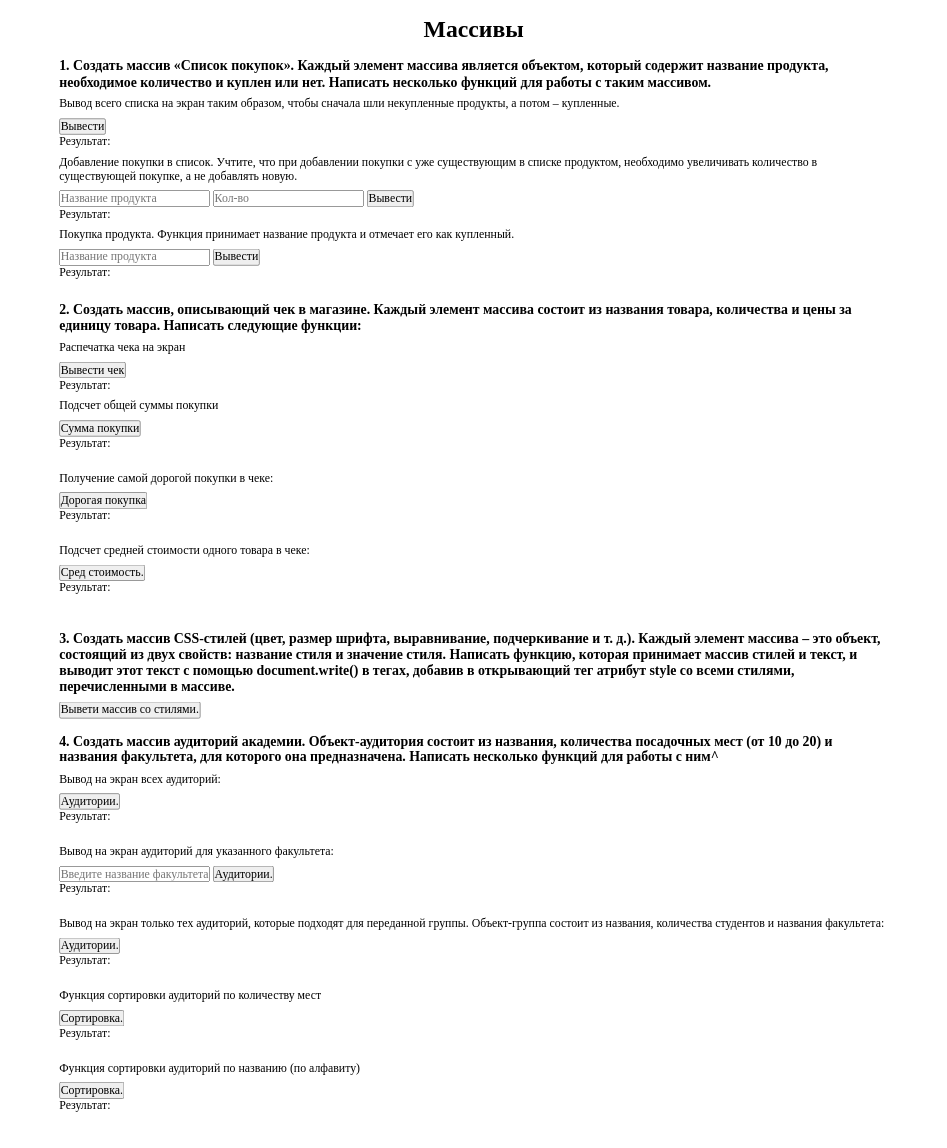
Repository: NastyaGavrilova/Beetroot-js
Page: HW5/index.html
The author's editor kept a copy of each file at every save. The page is drawn from the files as they stood at one save, then again after the next save.
The browser window is 1280 px wide. The pictures show the whole page, at 74% of full size.

Above is the page before, as saved 2021-10-23 14:48:36.

### HW5/index.html
<!DOCTYPE html>
<html lang="en">
  <head>
    <meta charset="UTF-8" />
    <meta http-equiv="X-UA-Compatible" content="IE=edge" />
    <meta name="viewport" content="width=device-width, initial-scale=1.0" />
    <link
      rel="stylesheet"
      href="https://cdnjs.cloudflare.com/ajax/libs/normalize/8.0.1/normalize.min.css"
      integrity="sha512-NhSC1YmyruXifcj/KFRWoC561YpHpc5Jtzgvbuzx5VozKpWvQ+4nXhPdFgmx8xqexRcpAglTj9sIBWINXa8x5w=="
      crossorigin="anonymous"
      referrerpolicy="no-referrer"
    />
    <link rel="stylesheet" href="./index.css" />
    <title>Arrays</title>
  </head>
  <body>
    <h1>Массивы</h1>
    <section class="c-task1">
      <div class="c-task1__wrapper">
        <h3 class="title">
          1. Создать массив «Список покупок». Каждый элемент массива является
          объектом, который содержит название продукта, необходимое количество и
          куплен или нет. Написать несколько функций для работы с таким
          массивом.
        </h3>
        <p class="paragraph">
          Вывод всего списка на экран таким образом, чтобы сначала шли
          некупленные продукты, а потом – купленные.
        </p>
        <button id="js-task1-btn1">Вывести</button>
        <p class="paragraph">Результат: <span id="js-task1-span1"></span></p>
        <p class="paragraph">
          Добавление покупки в список. Учтите, что при добавлении покупки с уже
          существующим в списке продуктом, необходимо увеличивать количество в
          существующей покупке, а не добавлять новую.
        </p>
        <form action="#" method="get">
          <input
            type="text"
            id="js-task1-input1"
            placeholder="Название продукта"
          />
          <input type="number" id="js-task1-input2" placeholder="Кол-во" />
          <button id="js-task1-btn2">Вывести</button>
        </form>
        <p class="paragraph">Результат: <span id="js-task1-span2"></span></p>
        <p class="paragraph">
          Покупка продукта. Функция принимает название продукта и отмечает его
          как купленный.
        </p>
        <form action="#" method="get">
          <input
            type="text"
            id="js-task1-input4"
            placeholder="Название продукта"
          />
          <button id="js-task1-btn3">Вывести</button>
        </form>
        <p class="paragraph">Результат: <span id="js-task1-span3"></span></p>
      </div>
    </section>
    <section class="c-task2">
      <div class="c-task2__wrapper">
        <h3 class="title">
          2. Создать массив, описывающий чек в магазине. Каждый элемент массива
          состоит из названия товара, количества и цены за единицу товара.
          Написать следующие функции:
        </h3>
        <p>Распечатка чека на экран</p>
        <button id="js-task2-btn1">Вывести чек</button>
        <p>
          Результат: <br />
          <span id="js-task2-span1"></span>
        </p>

        <p>Подсчет общей суммы покупки</p>
        <button id="js-task2-btn2">Сумма покупки</button>
        <p>
          Результат: <br />
          <span id="js-task2-span2"></span><br />
        </p>
        <p>Получение самой дорогой покупки в чеке:</p>
        <button id="js-task2-btn3">Дорогая покупка</button>
        <p>
          Результат: <br />
          <span id="js-task2-span3"></span><br />
        </p>
        <p>Подсчет средней стоимости одного товара в чеке:</p>
        <button id="js-task2-btn4">Сред стоимость.</button>
        <p>
          Результат: <br />
          <span id="js-task2-span4"></span><br />
        </p>
      </div>
    </section>
    <section class="c-task3">
      <div class="c-task3__wrapper">
        <h3 class="title">
          3. Создать массив CSS-стилей (цвет, размер шрифта, выравнивание,
          подчеркивание и т. д.). Каждый элемент массива – это объект, состоящий
          из двух свойств: название стиля и значение стиля. Написать функцию,
          которая принимает массив стилей и текст, и выводит этот текст с
          помощью document.write() в тегах, добавив в открывающий тег атрибут
          style со всеми стилями, перечисленными в массиве.
        </h3>
        <button id="js-task3-btn">Вывети массив со стилями.</button>
      </div>
    </section>
    <section class="c-task4">
      <div class="c-task4__wrapper">
        <h3 class="title">
          4. Создать массив аудиторий академии. Объект-аудитория состоит из
          названия, количества посадочных мест (от 10 до 20) и названия
          факультета, для которого она предназначена. Написать несколько функций
          для работы с ним^
        </h3>
        <p>Вывод на экран всех аудиторий:</p>
        <button id="js-task4-btn1">Аудитории.</button>
        <p>
          Результат: <br />
          <span id="js-task4-span1"></span><br />
        </p>
        <p>Вывод на экран аудиторий для указанного факультета:</p>
        <form action="#" method="get">
          <input
            type="text"
            id="js-task4-input1"
            placeholder="Введите название факультета"
          />
          <button id="js-task4-btn2">Аудитории.</button>
        </form>
        <p>
          Результат: <br />
          <span id="js-task4-span2"></span><br />
        </p>

        <p>
          Вывод на экран только тех аудиторий, которые подходят для переданной
          группы. Объект-группа состоит из названия, количества студентов и
          названия факультета:
        </p>
        <button id="js-task4-btn3">Аудитории.</button>
        <p>
          Результат: <br />
          <span id="js-task4-span3"></span><br />
        </p>
        <p>Функция сортировки аудиторий по количеству мест</p>
        <button id="js-task4-btn4">Сортировка.</button>
        <p>
          Результат: <br />
          <span id="js-task4-span4"></span><br />
        </p>
        <p>Функция сортировки аудиторий по названию (по алфавиту)</p>
        <button id="js-task4-btn5">Сортировка.</button>
        <p>
          Результат: <br />
          <span id="js-task4-span5"></span><br />
        </p>
      </div>
    </section>
    <script src="index.js"></script>
  </body>
</html>

### HW5/index.css
* {
  box-sizing: border-box;
  padding: 0;
  margin: 0;
}
body {
  max-width: 1200px;
  margin: 0 auto;
}
h1 {
  text-align: center;
  margin-bottom: 20px;
}

section {
  padding: 0 40px 20px 40px;
}

.title {
  margin-bottom: 10px;
}
p {
  margin-bottom: 10px;
}

### HW5/index.js
// task 1

class Product {
  constructor(params = {}) {
    Object.assign(
      this,
      {
        nameOfProduct: null,
        amount: 1,
        bought: false,
      },
      { ...params }
    );
  }
  // словие сортировки для метода sort
  static sortDefault(a, b) {
    return (
      (a.bought - b.bought) * 10 +
      a.nameOfProduct.localeCompare(b.nameOfProduct)
    );
  }
  // метод для вывода списка
  static showProduct(a) {
    return ` ${a.nameOfProduct} (x${a.amount}) ${
      a.bought ? "куплено" : "не куплено"
    }`;
  }
}
// масив обьектов продуктов
let shopList = [
  { nameOfProduct: "Банан", amount: 2 },
  { nameOfProduct: "Апельсин", amount: 5, bought: true },
  { nameOfProduct: "Молоко", bought: true },
  { nameOfProduct: "Груша", amount: 10 },
].map((prodDef) => new Product(prodDef));

// добавление покупки
let addToShopList = (prodDef) => {
  // при добавлении покупки с уже существующим в списке продуктом, необходимо увеличивать количество в существующей покупке, а не добавлять новую
  let prod = shopList.find(
    (prod) => prod.nameOfProduct === prodDef.nameOfProduct
  );
  if (!prod) return shopList.push(new Product(prodDef));
  prod.amount += prodDef.amount;
};
// функция куаленного продукта
let boughtProduct = (product) => {
  // при вводе существующего продукта его статус меняеться на "куплено"
  let prod = shopList.find(
    (prod) => prod.nameOfProduct === product.nameOfProduct
  );
  if (!prod.bought) return (prod.bought += true);
};
// кнопка для функции сортировки и вівода
let btn1 = document.getElementById("js-task1-btn1");
btn1.addEventListener("click", (e) => {
  e.preventDefault();
  let showSortByBought = document.getElementById("js-task1-span1");
  shopList.sort(Product.sortDefault);
  return (showSortByBought.innerHTML = shopList.map(Product.showProduct));
});
// кнопка для добавления сортировки и вівода
let btn1_2 = document.getElementById("js-task1-btn2");
btn1_2.addEventListener("click", (e) => {
  e.preventDefault();
  let showAddProduct = document.getElementById("js-task1-span2");
  let nameProd = document.getElementById("js-task1-input1");
  let amountProd = document.getElementById("js-task1-input2");
  addToShopList({
    _nameOfProduct: nameProd.value,
    get nameOfProduct() {
      return this._nameOfProduct;
    },
    set nameOfProduct(value) {
      this._nameOfProduct = value;
    },
    amount: +amountProd.value,
  });
  shopList.sort(Product.sortDefault);
  return (showAddProduct.innerHTML = shopList.map(Product.showProduct));
});
// кнопка для изменения статуса продукта, сортировки и вівода
let btn1_3 = document.getElementById("js-task1-btn3");
btn1_3.addEventListener("click", (e) => {
  let showBoughtPoduct = document.getElementById("js-task1-span3");
  let nameProduct = document.getElementById("js-task1-input4");
  boughtProduct({ nameOfProduct: nameProduct.value });
  shopList.sort(Product.sortDefault);
  return (showBoughtPoduct.innerHTML = shopList.map(Product.showProduct));
});

// task 2

class ShopCheck {
  constructor(params = {}) {
    Object.assign(
      this,
      {
        nameShopProduct: null,
        price: 1,
        amount: 1,
      },
      { ...params }
    );
  }
  // сортировка сначала дорогие продуты
  static sortExpensive(a, b) {
    if (a.amount * a.price < b.amount * b.price) {
      return 1;
    }
    if (a.amount * a.price > b.amount * b.price) {
      return -1;
    }
    return 0;
  }
}
let shopCheck = [
  {
    nameOfProduct: "Зубная паста",
    price: 30,
  },
  {
    nameOfProduct: "Бананы",
    price: 10,
    amount: 20,
  },
  {
    nameOfProduct: "Губки (упаковка)",
    price: 30,
    amount: 4,
  },
  {
    nameOfProduct: "Капуста",
    price: 90,
    amount: 2,
  },
  {
    nameOfProduct: "Кастрюля",
    price: 150,
    amount: 1,
  },
].map((prodDef) => new ShopCheck(prodDef));

// переобразование метода toString()
ShopCheck.prototype.toString = function checkToString() {
  return `${this.nameOfProduct} (x${this.amount}), цена ${this.price}грн за 1 ед.`;
};
// функция вывода массива обьектов
let showCheckList = (spanEl) => {
  let str = " ";
  for (let i = 0; i < shopCheck.length; i++) {
    if (shopCheck[i] !== undefined)
      str += i + " - " + shopCheck[i].toString() + "<br>";
  }
  return (spanEl.innerHTML = str);
};
// функция подсчета общей суммы покупок
let sumCheck = (arr) => {
  let result = 0;
  const initialValue = 0;
  result = arr.reduce(function (accumulator, currentValue) {
    return accumulator + currentValue.price * currentValue.amount;
  }, initialValue);
  return result;
};

// функция подсчета средней стоимости товара в чеке
let mediumPriceInChek = (arr) => {
  let result = 0;
  result = sumCheck(arr) / arr.length;
  return result;
};

let btn2 = document.getElementById("js-task2-btn1");
btn2.addEventListener("click", (e) => {
  e.preventDefault();
  let outputShopCheck = document.getElementById("js-task2-span1");
  showCheckList(outputShopCheck);
});

let btn2_1 = document.getElementById("js-task2-btn2");
btn2_1.addEventListener("click", (e) => {
  e.preventDefault();
  let outputSumCheck = document.getElementById("js-task2-span2");
  outputSumCheck.innerHTML = sumCheck(shopCheck) + " грн";
});

let btn2_3 = document.getElementById("js-task2-btn3");
btn2_3.addEventListener("click", (e) => {
  e.preventDefault();
  let outputExpensiveProd = document.getElementById("js-task2-span3");
  shopCheck.sort(ShopCheck.sortExpensive);
  outputExpensiveProd.innerHTML = shopCheck[0].toString();
});

let btn2_4 = document.getElementById("js-task2-btn4");
btn2_4.addEventListener("click", (e) => {
  e.preventDefault();
  let outputAvgPrice = document.getElementById("js-task2-span4");
  outputAvgPrice.innerHTML = mediumPriceInChek(shopCheck) + " грн";
});

// task3

let styles = [
  {
    color: "palevioletred",
    "font-weight": "bold",
    padding: "10px",
    border: "4px double #E800FD",
    text: "Lorem ipsum dolor sit amet consectetur adipisicing elit. Sed, dolorem. Nam, dignissimos alias laborum, minima doloremque repudiandae nostrum est ea ipsa atque similique voluptate voluptates blanditiis vero! Molestiae, similique iusto.",
  },
  {
    color: "blue",
    "font-weight": "bold",
    padding: "10px",
    border: "4px solid #1E2A9F",
    text: "Lorem ipsum dolor sit amet consectetur adipisicing elit. Sed, dolorem. Nam, dignissimos alias laborum, minima doloremque repudiandae nostrum est ea ipsa atque similique voluptate voluptates blanditiis vero! Molestiae, similique iusto.",
  },
];

function newContentStyles() {
  styles.forEach((item) => {
    document.write(
      `<p style = "color: ${item.color}; font-weight: ${item["font-weight"]}; padding: ${item["padding"]}; border: ${item.border}">${item.text}</p> `
    );
  });
}
let btn3 = document.getElementById("js-task3-btn");
btn3.addEventListener("click", (e) => {
  e.preventDefault();
  newContentStyles();
});

// task 4

class Audiences {
  constructor(params = {}) {
    Object.assign(
      this,
      {
        name: null,
        seats: 1,
        faculty: null,
      },
      { ...params }
    );
  }

  static sortBySeats(a, b) {
    if (a.seats < b.seats) {
      return 1;
    }
    if (a.seats > b.seats) {
      return -1;
    }
    return 0;
  }
}
Audiences.prototype.toString = function checkToString() {
  return `${this.name} (x${this.seats}), Факультет ${this.faculty} `;
};

let audincesList = [
  {
    name: "Первая",
    seats: 230,
    faculty: "Компьютерных технологий",
  },
  {
    name: "Вторая",
    seats: 135,
    faculty: "Филологии",
  },
  {
    name: "Третья",
    seats: 97,
    faculty: "Экономики",
  },
  {
    name: "Четвертая",
    seats: 188,
    faculty: "Компьютерных технологий",
  },
  {
    name: "Пятая",
    seats: 104,
    faculty: "Архитектуры",
  },
].map((prodDef) => new Audiences(prodDef));

let showAudiences = (arr, spanEl) => {
  let str = " ";
  for (let i = 0; i < arr.length; i++) {
    if (arr[i] !== undefined) str += i + " - " + arr[i].toString() + "<br>";
  }
  return (spanEl.innerHTML = str);
};

let showAudiencesByFaculty = (arr, faculty, spanEl) => {
  let str = " ";
  for (let i = 0; i < arr.length; i++) {
    if (arr[i].faculty === faculty) {
      str += i + " - " + arr[i].toString() + "<br>";
    }
  }
  return (spanEl.innerHTML = str);
};

let group = {
  name: "Инженерия программного обеспечения",
  students: 60,
  faculty: "Компьютерных технологий",
};

let findAudiencesForGroup = (arr, obj, spanEl) => {
  for (let i = 0; i < arr.length; i++) {
    if (arr[i].seats === obj.students || arr[i].seats > group.students) {
      return (spanEl.innerHTML = ` ${arr[i].name} подходит для группы ${group.name} !`);
    }
  }
};

let btn4 = document.getElementById("js-task4-btn1");
btn4.addEventListener("click", (e) => {
  e.preventDefault();
  let audiencesShow = document.getElementById("js-task4-span1");
  showAudiences(audincesList, audiencesShow);
});

let btn4_1 = document.getElementById("js-task4-btn2");
btn4_1.addEventListener("click", (e) => {
  e.preventDefault();
  let audienceShow1 = document.getElementById("js-task4-span2");
  let facultyName = document.getElementById("js-task4-input1");
  showAudiencesByFaculty(audincesList, facultyName.value, audienceShow1);
});

let btn4_2 = document.getElementById("js-task4-btn3");
btn4_2.addEventListener("click", (e) => {
  e.preventDefault();
  let audiencesShow2 = document.getElementById("js-task4-span3");
  findAudiencesForGroup(audincesList, group, audiencesShow2);
});

let btn4_3 = document.getElementById("js-task4-btn4");
btn4_3.addEventListener("click", (e) => {
  e.preventDefault();
  let sortAudiencesBySeats = document.getElementById("js-task4-span4");
  audincesList.sort(Audiences.sortBySeats);
  showAudiences(audincesList, sortAudiencesBySeats);
});

let btn4_4 = document.getElementById("js-task4-btn5");
btn4_4.addEventListener("click", (e) => {
  e.preventDefault();
  let sortByAlphabit = document.getElementById("js-task4-span5");
  audincesList.sort();
  showAudiences(audincesList, sortByAlphabit);
});

After the next save:
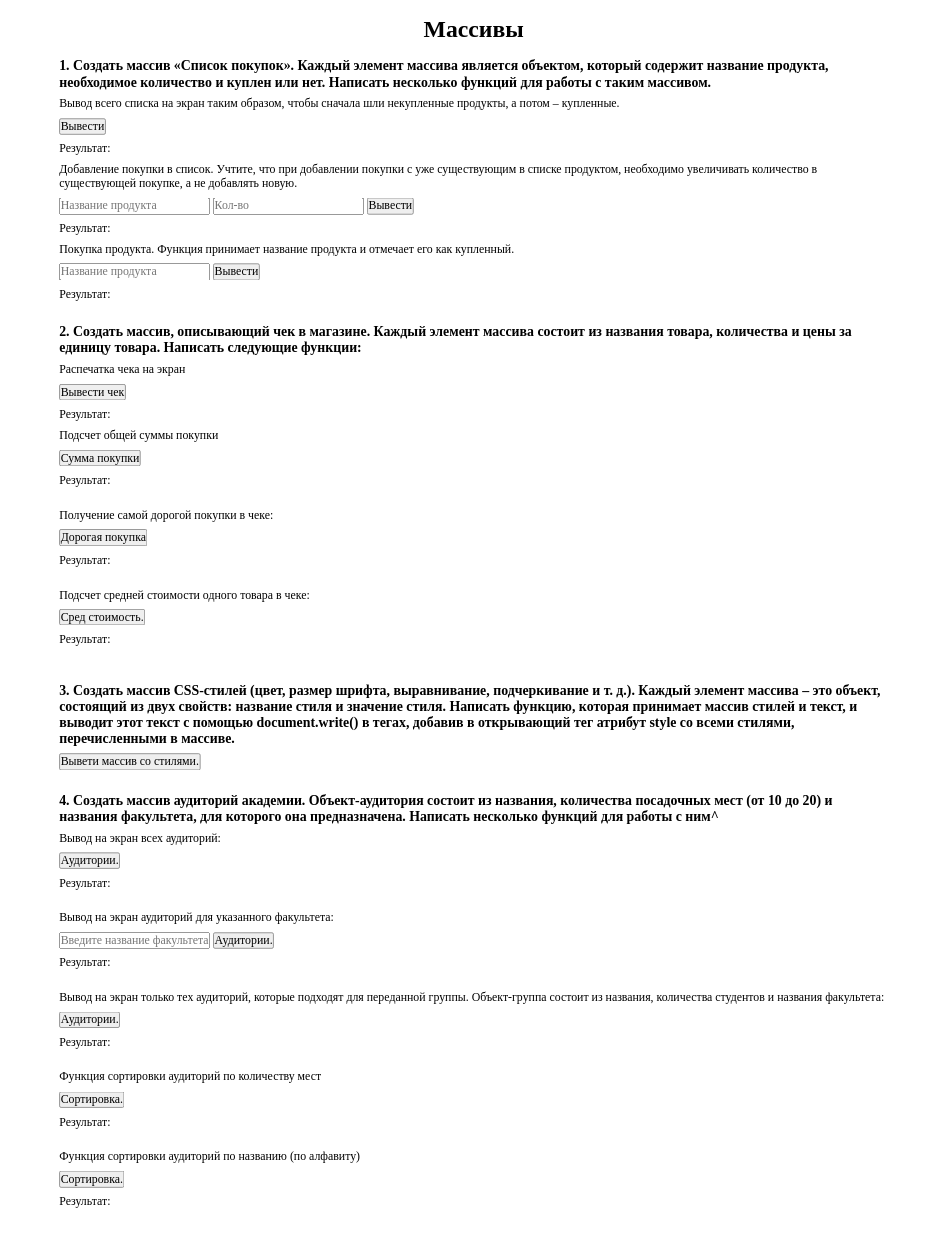
Saved 22 s later.
--- a/HW5/index.css
+++ b/HW5/index.css
@@ -16,9 +16,8 @@ section {
   padding: 0 40px 20px 40px;
 }
 
-.title {
+.title,
+p,
+button {
   margin-bottom: 10px;
 }
-p {
-  margin-bottom: 10px;
-}
